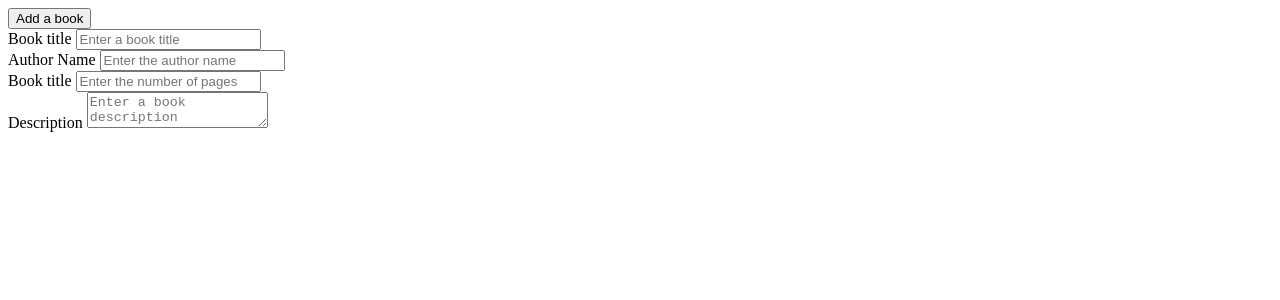
Repository: muhenge/library-page
Page: index.html
An editor plug-in stored every save of this project. The page is shown before and after the next save, followed by the edit.
The browser window is 1280 px wide. The pictures show the whole page.

Above is the page before, as saved 2020-10-22 00:26:35.

### index.html
<!DOCTYPE html>
<html lang="en">
<head>
    <meta charset="UTF-8">
    <meta name="viewport" content="width=device-width, initial-scale=1.0">
    <link rel="stylesheet" href="CSS/style.css">
    <title>Library | Page</title>
</head>
<body>
    <button type="button" id="add">Add a book</button>

    <div id="root">
    </div>

    <div class="form-container">
        <form class="form">
            <div class="field-container">
                <label for="title">Book title</label>
                <input type="text" name="title" id="title" placeholder="Enter a book title"/>
            </div>
            <div class="field-container">
                <label for="author">Author Name</label>
                <input type="text" name="author" id="author" placeholder="Enter the author name"/>
            </div>
            <div class="field-container">
                <label for="nop">Book title</label>
                <input type="number" name="nop" id="nop" placeholder="Enter the number of pages"/>
            </div>
            <div class="field-container">
                <label for="desc">Description</label>
                <textarea type="text" name="desc" id="desc" placeholder="Enter a book description"></textarea>
            </div>
        </form>
    </div>

    <script src="JS/script.js"></script>
</body>
</html>

### CSS/style.css
.form-container {
  display: hidden;
}

### JS/script.js
let myLibrary = [];
const root = document.getElementById('root')


function Book(title, author, description,nop) {
  this.title = title;
  this.author = author;
  this.description = description;
  this.nop = nop;
}

function displayBooks() {
  myLibrary.forEach((book) => {
      const bookCard = document.createElement('div');
      bookCard.innerText = book;
      document.getElementById('root').appendChild(bookCard)
  });
}

function bookForm (){
  formContainer = document.querySelector('.form-container');
  formContainer.style.display = 'block'
}

document.getElementById('add').addEventListener('click',bookForm);

displayBooks();



function addBookToLibrary(
) {}

After the next save:
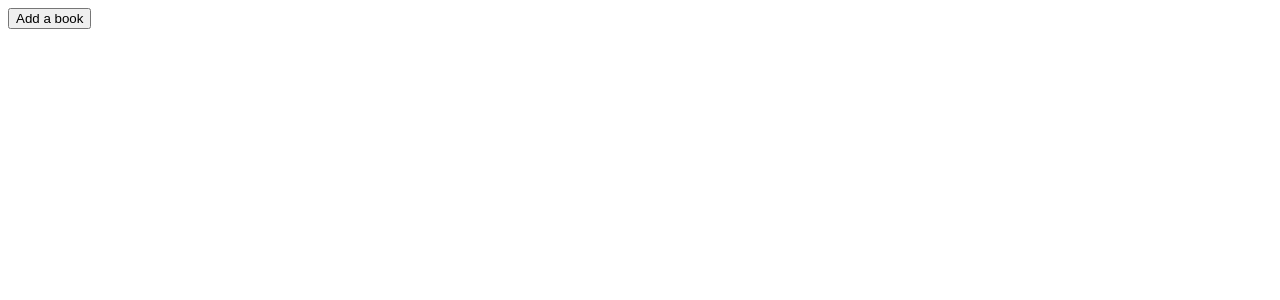
Saved 29 s later.
--- a/CSS/style.css
+++ b/CSS/style.css
@@ -1,3 +1,3 @@
 .form-container {
-  display: hidden;
+  display: none;
 }
